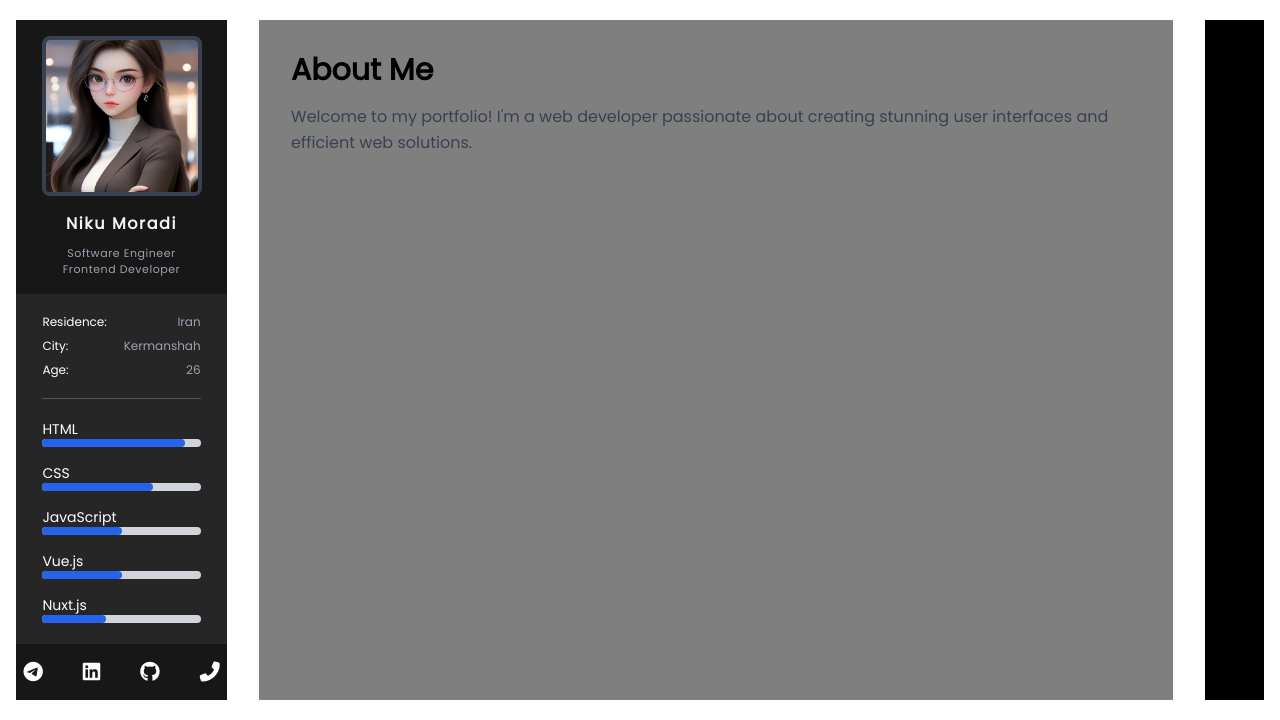
Repository: NikuMoradi/niku-moradi
Page: /
These files come from the project's save history. The page is drawn as it stood at one moment and after the next save; the edit follows.
The browser window is 1280 px wide. The pictures show the whole page.
The project was rebuilt for these pictures with package versions that can differ from the ones it lists, and the page was loaded fresh each time. The framework's server and built-in components were replaced by stand-ins that run in the browser. Also part of the build but not shown: nuxt.config.ts, components/Blog Posts/Component-Design.vue, components/Blog.vue, components/Contact.vue, components/Education.vue, components/Experience.vue, components/Hero.vue, components/Menu.vue and 3 more.

Above is the page before, as saved 2024-11-29 14:11:33.

After the next save:
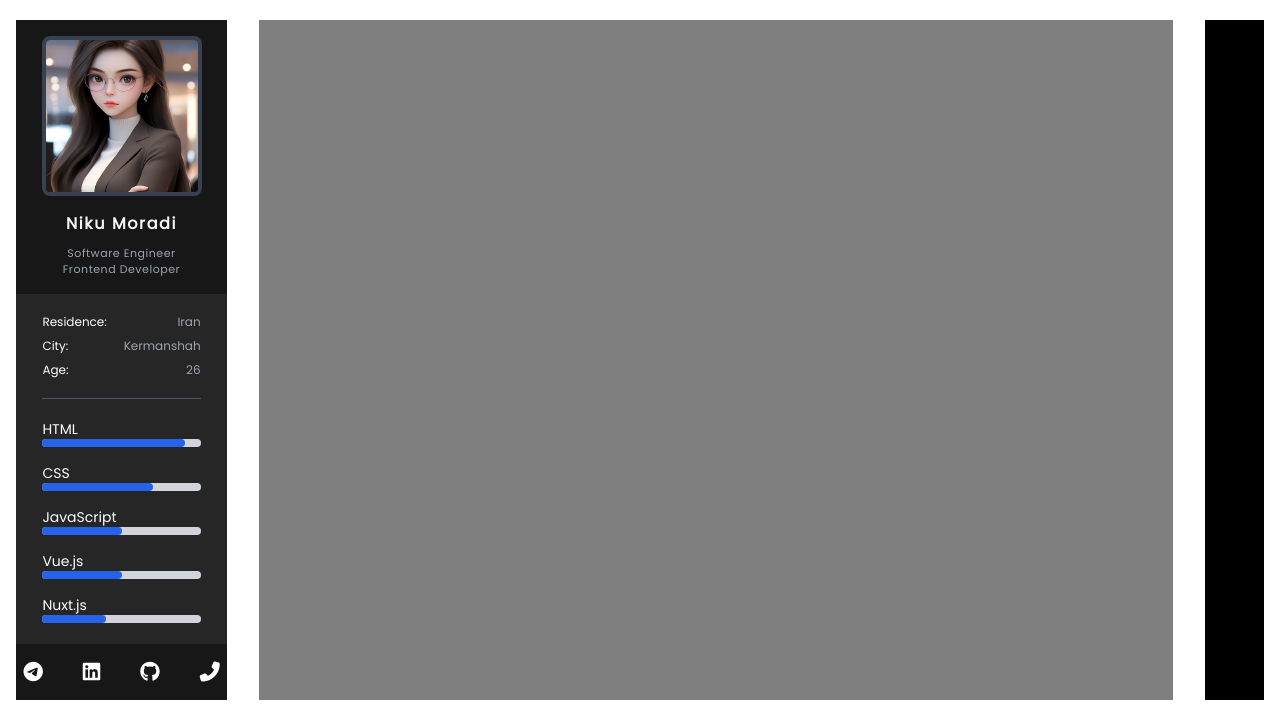
Saved 48 min 39 s later.
--- a/pages/index.vue
+++ b/pages/index.vue
@@ -1,9 +1,3 @@
 <template>
-  <div class="p-8">
-    <h1 class="text-3xl font-bold mb-4">About Me</h1>
-    <p class="text-gray-700 leading-relaxed">
-      Welcome to my portfolio! I'm a web developer passionate about creating
-      stunning user interfaces and efficient web solutions.
-    </p>
-  </div>
+  <div class="flex"></div>
 </template>
